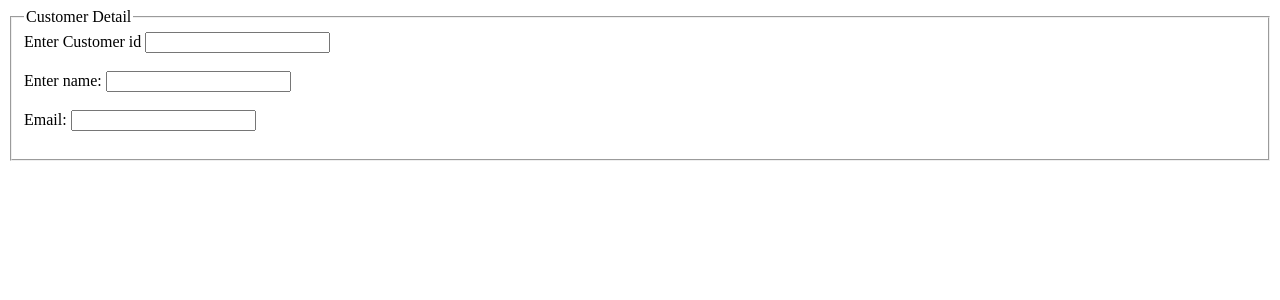
Repository: viram703/SpringBoot
Page: http://localhost/BootJpa/home.jsp
An editor plug-in stored every save of this project. The page is shown before and after the next save, followed by the edit.
The browser window is 1280 px wide. The pictures show the whole page.
The page is served by Tomcat 9.

Above is the page before, as saved 2020-02-21 09:30:32.

After the next save:
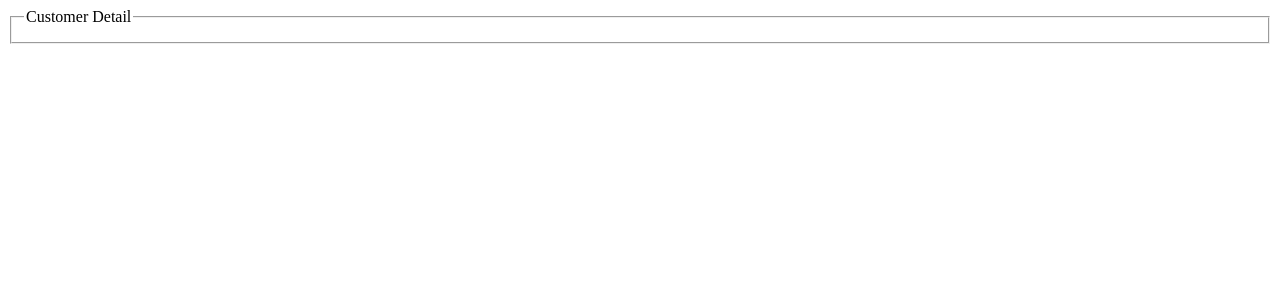
Saved 28 s later.
--- a/Boot/BootJpa/src/main/webapp/home.jsp
+++ b/Boot/BootJpa/src/main/webapp/home.jsp
@@ -11,17 +11,7 @@
 
 		<fieldset>
 			<legend>Customer Detail</legend>
-					<form action="addCustomer">
 
-						<label>Enter Customer id</label>
-						<input type="text" name="id" /> <br></br>
-
-						<label>Enter name:</label>
-						<input type="text" name="name" /> <br></br>
-
-						<label>Email:</label>
-						<input type="text" name="i" /> <br></br>
-					</form>
 		</fieldset>
 
 </body>
